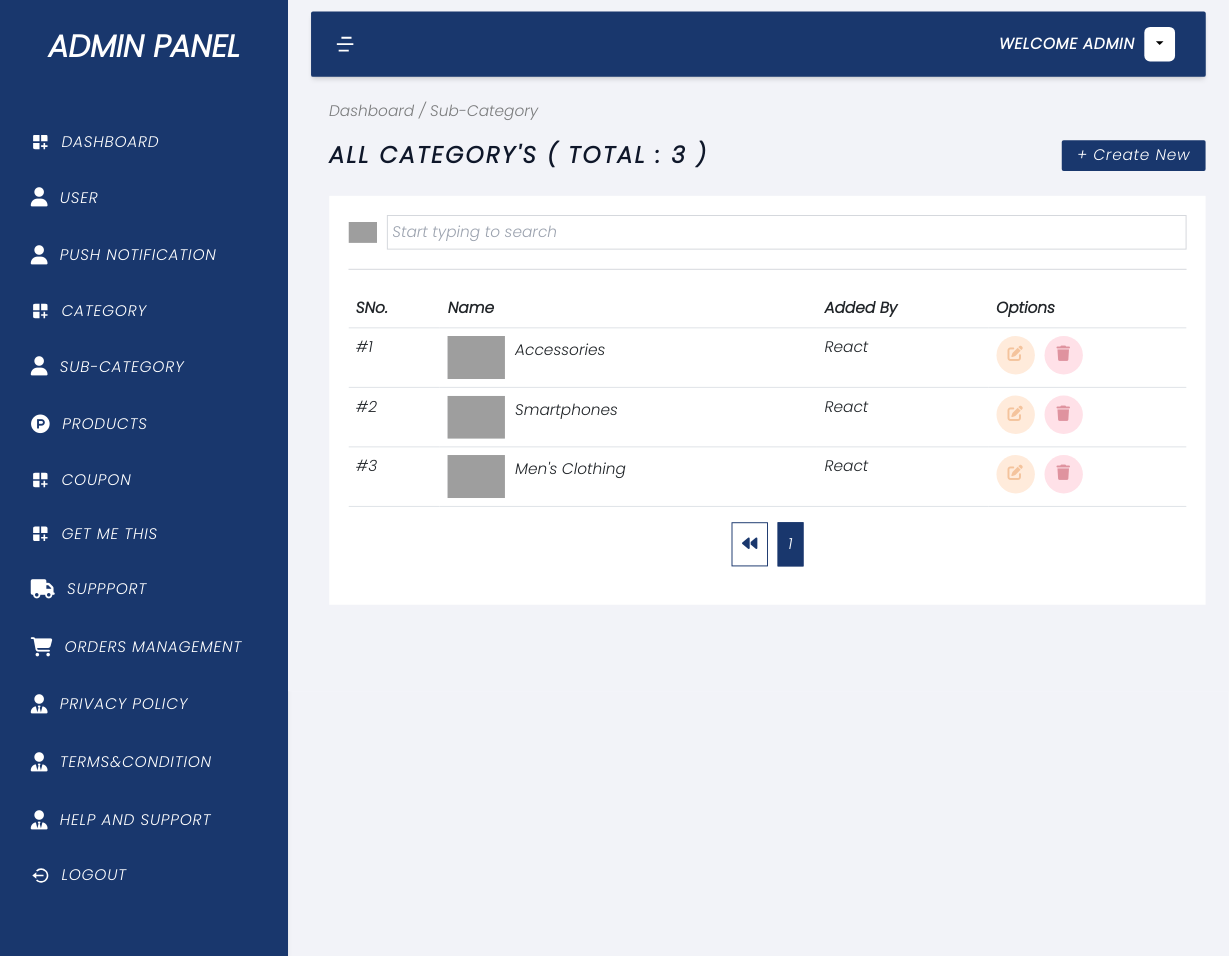
Repository: arpanmalik/project-khanna
Page: /sub-category
These files come from the project's save history. The page is drawn as it stood at one moment and after the next save; the edit follows.
The browser window is 1280 px wide. The pictures show the whole page, at 96% of full size.
Pictures or frames that could not be fetched are drawn as grey boxes. Some web libraries are served in a nearby version. The project was rebuilt for these pictures with package versions that can differ from the ones it lists, and the page was loaded fresh each time. Also part of the build but not shown: src/E-CommerceAdmin/forms/Login.jsx, src/E-CommerceAdmin/pages/Dashboard.jsx, src/E-CommerceAdmin/pages/ECategory.js, src/E-CommerceAdmin/pages/EProduct.js, src/E-CommerceAdmin/pages/EVendorList.js, src/E-CommerceAdmin/pages/EAdminOrders.js, src/E-CommerceAdmin/pages/EAdminProduct.js, src/E-CommerceAdmin/pages/EAdminDelivery.js and 11 more. Imported but missing from the stored project, and not drawn on this page: src/E-CommerceAdmin/pages/Component/SpinnerComp, src/E-CommerceVendor/forms/EVendorLogin, src/E-CommerceVendor/pages/EVCategory, src/E-CommerceVendor/pages/EVCoupon, src/E-CommerceVendor/pages/EVDashboard, src/E-CommerceVendor/pages/EVOrders, src/E-CommerceVendor/pages/EVProduct, src/E-CommerceVendor/pages/EVSubCategory.

Above is the page before, as saved 2023-05-16 15:48:56.

### public/index.html
<!-- @format -->

<!DOCTYPE html>
<html lang="en">
  <head>
    <meta charset="utf-8" />
    <meta name="viewport" content="width=device-width, initial-scale=1" />
    <meta name="theme-color" content="#000000" />
    <meta
      name="description"
      content="Web site created using create-react-app"
    />
    <link rel="manifest" href="%PUBLIC_URL%/manifest.json" />
    <link rel="preconnect" href="https://fonts.googleapis.com">
<link rel="preconnect" href="https://fonts.gstatic.com" crossorigin>
<link href="https://fonts.googleapis.com/css2?family=Roboto+Mono:ital,wght@1,300&display=swap" rel="stylesheet">
    <title>Admin Panel</title>
  </head>
  <body>
    <noscript>You need to enable JavaScript to run this app.</noscript>
    <div id="root"></div>
    <script src="https://code.jquery.com/jquery-3.6.0.min.js"></script>
    <script src="https://kit.fontawesome.com/b533b351e4.js" crossorigin="anonymous"></script>
  </body>
</html>

### src/E-CommerceAdmin/pages/EAdminCustomer.js
/** @format */

import React, { useEffect, useState } from "react";
import HOC from "../layout/HOC";
import { Table, Modal, Form, Button, Alert } from "react-bootstrap";

const EAdminCustomer = () => {
  const [modalShow, setModalShow] = React.useState(false);
  const [edit, setEdit] = useState("");

  const data = [
    {
      name: "Accessories",
      image: "https://m.media-amazon.com/images/I/51UhwaQXCpL._SX679_.jpg",
      added: "React",
    },
    {
      name: "Smartphones",
      image:
        "https://m.media-amazon.com/images/I/31wacBawB3L._SY445_SX342_QL70_FMwebp_.jpg",
      added: "React",
    },
    {
      name: "Men's Clothing",
      image: "https://m.media-amazon.com/images/I/71MAg1Iuy6L._UX466_.jpg",
      added: "React",
    },
  ];
  // Pagination and Filter
  const [query, setQuery] = useState("");
  const [currentPage2, setCurrentPage2] = useState(1);
  const [postPerPage2] = useState(10);
  const lastPostIndex2 = currentPage2 * postPerPage2;
  const firstPostIndex2 = lastPostIndex2 - postPerPage2;

  let pages2 = [];

  const TotolData = query
    ? data?.filter(
        (i) =>
          i?.name?.toLowerCase().includes(query?.toLowerCase()) ||
          i?.email?.toLowerCase().includes(query?.toLowerCase())
      )
    : data;

  useEffect(() => {
    if (query) {
      setCurrentPage2(1);
    }
  }, [query]);

  const slicedData = TotolData?.slice(firstPostIndex2, lastPostIndex2);

  for (let i = 1; i <= Math.ceil(TotolData?.length / postPerPage2); i++) {
    pages2.push(i);
  }

  function Next() {
    setCurrentPage2(currentPage2 + 1);
  }

  function Prev() {
    if (currentPage2 !== 1) {
      setCurrentPage2(currentPage2 - 1);
    }
  }

  function MyVerticallyCenteredModal(props) {
    return (
      <Modal
        {...props}
        size="lg"
        aria-labelledby="contained-modal-title-vcenter"
        centered
      >
        <Modal.Header closeButton>
          <Modal.Title id="contained-modal-title-vcenter">
            {" "}
            {edit ? "Edit Category" : " Create New Category"}
          </Modal.Title>
        </Modal.Header>
        <Modal.Body>
          <Form>
            <Form.Group className="mb-3">
              <Form.Label>Image</Form.Label>
              <Form.Control type="file" required />
            </Form.Group>
            <Form.Group className="mb-3">
              <Form.Label>Name</Form.Label>
              <Form.Control type="text" required />
            </Form.Group>

            <Button
              style={{ backgroundColor: "#19376d", borderRadius: "0" }}
              type="submit"
            >
              Submit
            </Button>
          </Form>
        </Modal.Body>
      </Modal>
    );
  }

  return (
    <>
      <MyVerticallyCenteredModal
        show={modalShow}
        onHide={() => setModalShow(false)}
      />

      <section>
        <p className="headP">Dashboard / Sub-Category</p>
        <div
          className="pb-4   w-full flex justify-between items-center"
          style={{ width: "98%", marginLeft: "2%" }}
        >
          <span
            className="tracking-widest text-slate-900 font-semibold uppercase"
            style={{ fontSize: "1.5rem" }}
          >
            All Category's ( Total : {data?.length} )
          </span>
          <button
            onClick={() => {
              setEdit(false);
              setModalShow(true);
            }}
            className="md:py-2 px-3 md:px-4 py-1 rounded-sm bg-[#19376d] text-white tracking-wider"
          >
            + Create New
          </button>
        </div>

        <section className="sectionCont">
          {data?.length === 0 || !data ? (
            <Alert>Categories Not Found</Alert>
          ) : (
            <>
              <div className="filterBox">
                <img
                  src="https://t4.ftcdn.net/jpg/01/41/97/61/360_F_141976137_kQrdYIvfn3e0RT1EWbZOmQciOKLMgCwG.jpg"
                  alt=""
                />
                <input
                  type="search"
                  placeholder="Start typing to search"
                  onChange={(e) => setQuery(e.target.value)}
                />
              </div>

              <div className="overFlowCont">
                <Table>
                  <thead>
                    <tr>
                      <th>SNo.</th>
                      <th>Name</th>
                      <th>Added By</th>
                      <th>Options</th>
                    </tr>
                  </thead>
                  <tbody>
                    {slicedData?.map((i, index) => (
                      <tr key={index}>
                        <td>#{index + 1} </td>
                        <td>
                          <span className="flexCont">
                            <img src={i.image} alt="" />
                            <p> {i.name} </p>
                          </span>
                        </td>
                        <td>{i.added} </td>
                        <td>
                          {" "}
                          <span className="flexCont">
                            <i
                              className="fa-solid fa-pen-to-square "
                              onClick={() => {
                                setEdit(true);
                                setModalShow(true);
                              }}
                            ></i>
                            <i className="fa-sharp fa-solid fa-trash"></i>
                          </span>
                        </td>
                      </tr>
                    ))}
                  </tbody>
                </Table>

                <div className="pagination">
                  <button onClick={() => Prev()} className="prevBtn">
                    <i className="fa-solid fa-backward"></i>
                  </button>
                  {currentPage2 === 1 ? (
                    ""
                  ) : (
                    <button onClick={() => setCurrentPage2(1)}>1</button>
                  )}

                  {pages2
                    ?.slice(currentPage2 - 1, currentPage2 + 3)
                    .map((i, index) =>
                      i === pages2?.length ? (
                        ""
                      ) : (
                        <button
                          key={index}
                          onClick={() => setCurrentPage2(i)}
                          className={currentPage2 === i ? "activePage" : ""}
                        >
                          {" "}
                          {i}{" "}
                        </button>
                      )
                    )}

                  <button
                    onClick={() => setCurrentPage2(pages2?.length)}
                    className={
                      currentPage2 === pages2?.length ? "activePage" : ""
                    }
                  >
                    {" "}
                    {pages2?.length}{" "}
                  </button>

                  {currentPage2 === pages2?.length ? (
                    ""
                  ) : (
                    <button onClick={() => Next()} className="nextBtn">
                      {" "}
                      <i className="fa-sharp fa-solid fa-forward"></i>
                    </button>
                  )}
                </div>
              </div>
            </>
          )}
        </section>
      </section>
    </>
  );
};

export default HOC(EAdminCustomer);

### src/E-CommerceAdmin/layout/HOC.jsx
/** @format */

import React, { useState } from "react";
import Navbar from "./Navbar";
import Sidebar from "./Sidebar";

const HOC = (Wcomponenet) => {
  return function Component() {
    const [hamb, setHamb] = useState(false);
    return (
      <>
        <section
          className="flex overflow-x-hidden relative "
          style={{ backgroundColor: "#f2f3f8" }}
        >
          {/* Sidebar */}
          <div
            className={
              hamb
                ? " absolute top-0 z-30 md:w-auto shadow-md bg-slate-200  w-60 transition-all md:-left-full left duration-150  h-auto overflow-y-auto  left-0 "
                : " md:w-72 z-30 bg-slate-200  shadow-md  md:static absolute top-0 -left-full   transition-all duration-150  overflow-y-auto h-auto"
            }
            style={{ minWidth: "300px" }}
          >
            <Sidebar hamb={hamb} setHamb={setHamb} />
          </div>
          {/* Components & Navbar */}
          <div
            className={
              hamb
                ? " transition-all px-4 py-2  duration-150 w-full h-screen"
                : " w-full h-screen  px-4 py-2   z-50 transition-all duration-150 "
            }
            style={{ backgroundColor: "#f2f3f8" }}
          >
            <Navbar hamb={hamb} setHamb={setHamb} />
            <div className="my-6 text-#000 h-[87%] wcomp overflow-y-auto">
              {" "}
              <Wcomponenet />
            </div>
          </div>
        </section>
      </>
    );
  };
};

export default HOC;

### src/E-CommerceAdmin/layout/Navbar.jsx
/** @format */
import { RiMenu4Line } from "react-icons/ri";
import Dropdown from "react-bootstrap/Dropdown";
import { UpdateProfile } from "../../Modals";
import { useState } from "react";
import { useNavigate } from "react-router-dom";
import { toast } from "react-toastify";

const Navbar = ({ hamb, setHamb }) => {
  const [modalShow, setModalShow] = useState(false);
  const navigate = useNavigate();

  function LogOut () {
    navigate('/')
    toast.success("Logged Out")
  }

  return (
    <>
      <UpdateProfile show={modalShow} onHide={() => setModalShow(false)} />
      <div
        className={
          hamb
            ? "flex  w-full justify-between  my-1 rounded-sm  p-4 py-3 shadow-md items-center  bg-slate-200 space-x-4"
            : "flex  w-full justify-between my-1 rounded-sm  p-4 py-3 shadow-md items-center  bg-slate-200 space-x-4"
        }
        style={{ backgroundColor: "#19376d" }}
      >
        <RiMenu4Line
          onClick={() => setHamb(!hamb)}
          className="text-2xl font-bold text-gray-900 hover:scale-90 cursor-pointer"
          style={{ color: "#fff" }}
        />

        <section className="flex sm:ml-auto justify-end sm:w-full items-center space-x-2  pr-2">
          <figcaption
            className="tracking-wider pl-1 font-semibold d-flex"
            style={{ gap: "10px", alignItems: "center" }}
          >
            <div
              className="lg:text-base text-sm text-gray-900  uppercase"
              style={{ color: "#fff" }}
            >
              Welcome Admin
            </div>
            <Dropdown>
              <Dropdown.Toggle id="dropdown-basic"></Dropdown.Toggle>

              <Dropdown.Menu>
                <Dropdown.Item onClick={() => setModalShow(true)}>
                  Update Profile <i className="fa-solid fa-user"></i>{" "}
                </Dropdown.Item>
                <Dropdown.Item onClick={() => LogOut()} >
                  Logout <i className="fa-solid fa-right-from-bracket"></i>{" "}
                </Dropdown.Item>
              </Dropdown.Menu>
            </Dropdown>
          </figcaption>
        </section>
      </div>
    </>
  );
};

export default Navbar;

### src/E-CommerceAdmin/layout/Sidebar.jsx
/** @format */

import React from "react";
import { RiCloseLine } from "react-icons/ri";
import { Link, useNavigate } from "react-router-dom";
import { BiLogOutCircle } from "react-icons/bi";
import { MdDashboardCustomize } from "react-icons/md";

const Sidebar = ({ hamb, setHamb }) => {
  const navigate = useNavigate();

  const nav = [
    {
      icon: <MdDashboardCustomize className="text-xl mr-3 rounded-full " />,
      link: "/dashboard ",
      name: "Dashboard",
    },
    {
      icon: <i className="fa-solid fa-user text-xl mr-3 rounded-full"></i>,
      link: "/Admin",
      name: "User",
    },
    {
      icon: <i className="fa-solid fa-user text-xl mr-3 rounded-full"></i>,
      link: "/pushNotification",
      name: "Push Notification",
    },  {
      icon: <MdDashboardCustomize className="text-xl mr-3 rounded-full " />,
      link: "/Category",
      name: "Category",
    },

    {
      icon: <i className="fa-solid fa-user text-xl mr-3 rounded-full"></i>,
      link: "/sub-category",
      name: "Sub-Category",
    },


    {
      icon: (
        <i className="fa-brands fa-product-hunt text-xl mr-3 rounded-full"></i>
      ),
      link: "/Product",
      name: "Products",
    },





    {
      icon: <MdDashboardCustomize className="text-xl mr-3 rounded-full " />,
      link: "/coupon",
      name: "Coupon",
    },
    {
      icon: <MdDashboardCustomize className="text-xl mr-3 rounded-full " />,
      link: "/getMeThis",
      name: "Get Me This",
    },
    {
      icon: <i className="fa-solid fa-truck  text-xl mr-3 rounded-full"></i>,
      link: "/Support",
      name: "Suppport",
    },
    {
      icon: (
        <i className="fa-solid fa-cart-shopping text-xl mr-3 rounded-full"></i>
      ),
      link: "/Orders",
      name: "Orders Management",
    },

    {
      icon: <i className="fa-solid fa-user-tie text-xl mr-3 rounded-full"></i>,
      link: "/privacy",
      name: "Privacy Policy",
    },
    {
      icon: <i className="fa-solid fa-user-tie text-xl mr-3 rounded-full"></i>,
      link: "/terms",
      name: "Terms&Condition",
    },
    // {
    //   icon: <i className="fa-solid fa-user-tie text-xl mr-3 rounded-full"></i>,
    //   link: "/helpSupport",
    //   name: "Help and Support",
    // },
    {
      icon: <i className="fa-solid fa-user-tie text-xl mr-3 rounded-full"></i>,
      link: "/complaints",
      name: "Help and Support",
    },
  ];

  const logOut = () => {
    localStorage.clear()
    navigate("/");
  };

  return (
    <>
      <aside
        className="p-4 h-auto"
        style={{ backgroundColor: "#19376d", minHeight: "100vh" }}
      >
        {/* Top */}
        <div className="w-full md:hidden relative  p-2 mb-4">
          <RiCloseLine
            onClick={() => setHamb(!hamb)}
            className="text-3xl  absolute top-2 sm:hover:rotate-[228deg] transition-transform font-bold right-2 sm:hover:text-[22px] text-[rgb(241,146,46)] cursor-pointer"
          />
        </div>{" "}
        <figure className="flex  flex-col items-center">
          <span
            className="font-bold text-[#fff]"
            style={{
              fontSize: "2rem",
              textAlign: "center",
              textTransform: "uppercase",
            }}
          >
            {" "}
            ADMIN PANEL
          </span>
        </figure>
        <nav className="py-6">
          {nav.map((nav) => {
            return (
              <Link
                to={nav.link}
                key={nav.name}
                className=""
                style={{ textDecoration: "none", textTransform: "uppercase" }}
              >
                <span
                  className="flex my-3 items-center cursor-pointer text-gray-900    tracking-wider p-2 rounded-sm"
                  style={{ color: "#FFF" }}
                >
                  {nav.icon} {nav.name}
                </span>
              </Link>
            );
          })}
          <span
            className="flex my-3 items-center cursor-pointer text-gray-900    tracking-wider p-2 rounded-sm"
            onClick={() => logOut()}
            style={{ color: "#FFF", textTransform: "uppercase" }}
          >
            <BiLogOutCircle className="text-xl mr-3 rounded-full " /> LogOut
          </span>
        </nav>
      </aside>
    </>
  );
};

export default Sidebar;

Loaded but not shown: tailwind.config.js (common file); src/App.js (92 lines, source omitted); src/Modals.js (41 lines, source omitted); src/index.js (15 lines, source omitted); src/index.css (504 lines, source omitted)

After the next save:
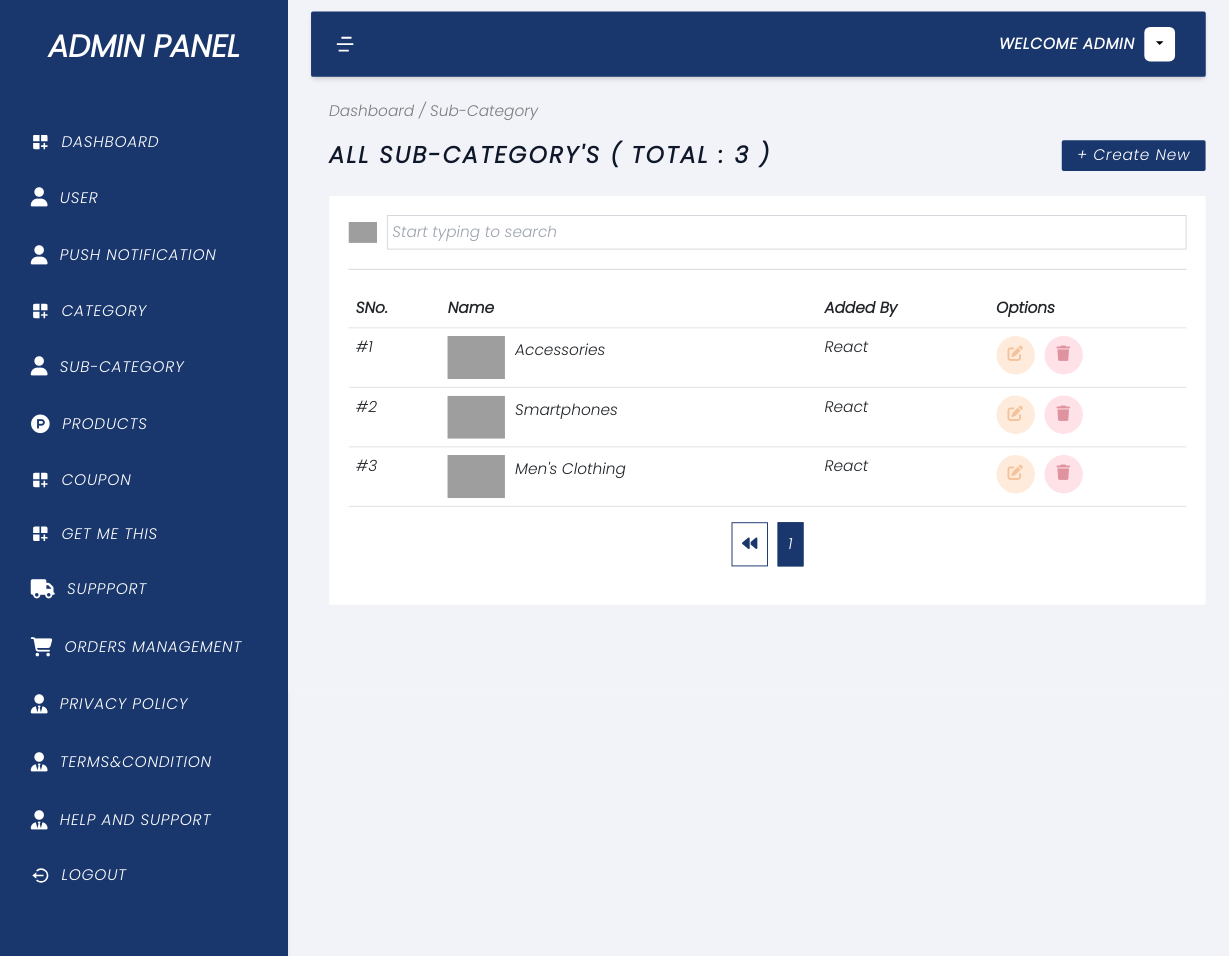
Saved 4 s later.
--- a/src/E-CommerceAdmin/pages/EAdminCustomer.js
+++ b/src/E-CommerceAdmin/pages/EAdminCustomer.js
@@ -119,7 +119,7 @@ const EAdminCustomer = () => {
             className="tracking-widest text-slate-900 font-semibold uppercase"
             style={{ fontSize: "1.5rem" }}
           >
-            All Category's ( Total : {data?.length} )
+            All Sub-Category's ( Total : {data?.length} )
           </span>
           <button
             onClick={() => {
